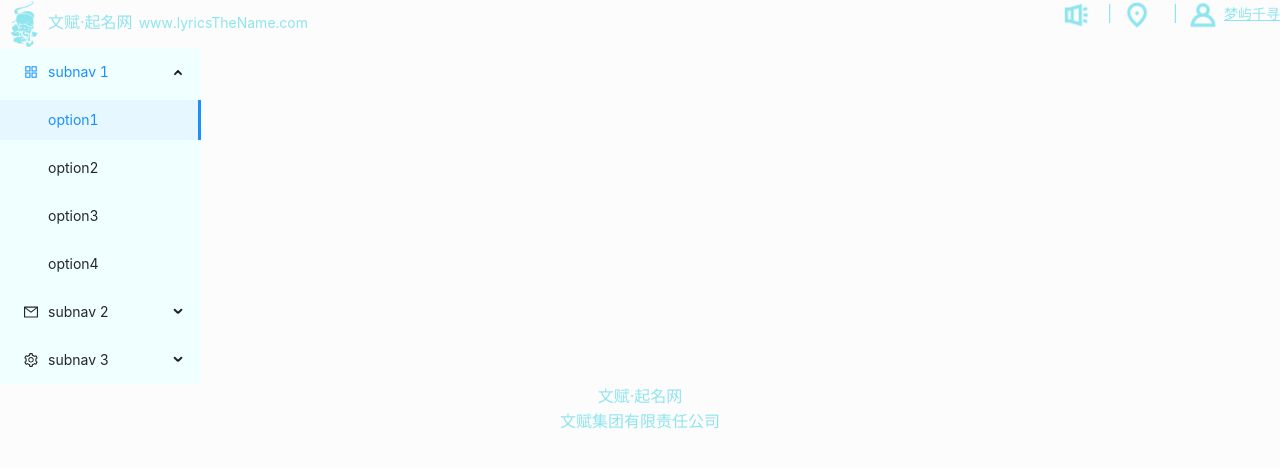
Repository: fangxueliang/react-redux-
Page: /
The author's editor kept a copy of each file at every save. The page is drawn from the files as they stood at one save, then again after the next save.
The browser window is 1280 px wide. The pictures show the whole page.
The project was rebuilt for these pictures with package versions that can differ from the ones it lists, and the page was loaded fresh each time.

Above is the page before, as saved 2020-12-30 12:40:34.

### public/index.html
<!DOCTYPE html>
<html lang="en">
  <head>
    <meta charset="utf-8" />
    <meta name="theme-color" content="#000000" />
    <meta name="description" content="Web site created using create-react-app" />
    <title>React App</title>
  </head>
  <body>
    <div id="root"></div>
  </body>
</html>

### src/index.js
// 主入口文件
//主入口
import React from 'react';//引入react
import ReactDOM from 'react-dom';
import { Main } from './Pages';//引入Main文件

import 'antd/dist/antd.css'//antd样式
import './Common/CSS/layout.css'//布局样式
import './Common/CSS/common.css'//引入公共样式

ReactDOM.render(
  <div className="main">
    <Main />
  </div>,
  document.getElementById('root')
);

### src/Pages/index.js
import React from 'react';
import { Layout } from 'antd'
import { MenuSider } from "./Menu/menu";
import { HeaderCommon } from "./Header/header";
import { FooterCommon } from "./Footer/footer";

const { Header, Footer, Content, Sider } = Layout
export const Main = () => {
    return (

        <div className="Home_layout">
            {/* 头部header */}
            <div >
                <div> <HeaderCommon /> </div>
            </div>
            <div >

                {/* 左侧导航Sider */}
                <Sider>
                    <MenuSider />
                </Sider>
                {/* 主要内容Content */}
                <div></div>

            </div>
            {/* 底部footer */}
            <div >

                <div>
                    <FooterCommon />
                </div>

            </div>
        </div>


    );
}

### src/Common/CSS/layout.css
/* 布局样式  */
.Home_layout {
    position: relative;
    min-height: 100%;
}

.Home_layout .ant-layout-header {
    background: #D1EEEE;
}

.Home_layout .ant-layout-footer {
    position: absolute;
    bottom: 0;
    width: 100%;
    background: #D1EEEE;
}

.Home_layout .ant-layout-sider .ant-menu {
    background: #F0FFFF;
}

### src/Common/CSS/common.css
/* 公共样式 */
body {
    width: 100%;
    height: 100%;
    background: #FCFCFC;
    margin: 0;
}

.main {
    font-size: 16px;
}

### src/Pages/Menu/menu.js
// 左侧菜单
import React from 'react';
import { Menu } from 'antd';
import { AppstoreOutlined, MailOutlined, SettingOutlined } from '@ant-design/icons';

const { SubMenu } = Menu;

export const MenuSider = () => {
    return (
        <Menu
            mode="inline"
            defaultSelectedKeys={['1']}
            defaultOpenKeys={['sub1']}
            style={{ height: '100%', borderRight: 0 }}
        >
            <SubMenu key="sub1" icon={<AppstoreOutlined />} title="subnav 1">
                <Menu.Item key="1">option1</Menu.Item>
                <Menu.Item key="2">option2</Menu.Item>
                <Menu.Item key="3">option3</Menu.Item>
                <Menu.Item key="4">option4</Menu.Item>
            </SubMenu>
            <SubMenu key="sub2" icon={<MailOutlined />} title="subnav 2">
                <Menu.Item key="5">option5</Menu.Item>
                <Menu.Item key="6">option6</Menu.Item>
                <Menu.Item key="7">option7</Menu.Item>
                <Menu.Item key="8">option8</Menu.Item>
            </SubMenu>
            <SubMenu key="sub3" icon={<SettingOutlined />} title="subnav 3">
                <Menu.Item key="9">option9</Menu.Item>
                <Menu.Item key="10">option10</Menu.Item>
                <Menu.Item key="11">option11</Menu.Item>
                <Menu.Item key="12">option12</Menu.Item>
            </SubMenu>
        </Menu>
    )
}

### src/Pages/Header/header.js
// 头部
import React from 'react';
import logo from "../../Asset/img/logo.png";
import myImg from "../../Asset/img/我的.png";
import remindImg from "../../Asset/img/提醒.png";
import positioningImg from "../../Asset/img/定位.png";
import './header.css'

export const HeaderCommon = () => {
    return (
        <div className="header">
            <div className="header_item">
                <img src={logo} className="logo" alt="蓝龙" />
                <span className="logo_title">文赋·起名网</span>
                <a className="logo_URL" href="/">www.lyricsTheName.com</a>
            </div>
            <div className="header_item"></div>
            <div className="header_item header_item_right">
                <span>
                    <img src={remindImg} alt="我的" />
                </span>
                <span className="header_separated">|</span>
                <span>
                    <img src={positioningImg} alt="我的" />
                </span>
                <span className="header_separated"> |</span>
                <span>
                    <img src={myImg} alt="我的" />
                    <span className="header_myName">梦屿千寻</span>
                </span>
            </div>
        </div>
    )
}

### src/Pages/Footer/footer.js
// 头部
import React from 'react';
import './footer.css'

export const FooterCommon = () => {
    return (
        <div className="footer">
            <div>文赋·起名网</div>
            <div>文赋集团有限责任公司</div>
        </div>
    )
}

### src/Pages/Header/header.css
.header {
    display: flex;
    width: 100%;
    height: 100%;
    justify-content: space-between;
}

.header .header_item {
    display: inline-block;
}

.header .header_item .logo {
    width: 48px;
    height: 48px;
}

.header .header_item_right {
    color: #8ee5ee
}

.header .header_item_right img {
    width: 30px;
    height: 30px;
    margin-right: 6px;
}

.header .header_item_right .header_separated {
    margin: 0 10px
}

.header .logo_title {
    color: #8ee5ee
}

.header .logo_URL {
    margin-left: 6px;
    color: #8ee5ee;
    font-size: 14px;
}

.header .header_myName {
    font-size: 14px;
    text-decoration: underline;
}

### src/Pages/Footer/footer.css
.footer {
    text-align: center;
}

.footer div {
    color: #8ee5ee
}

After the next save:
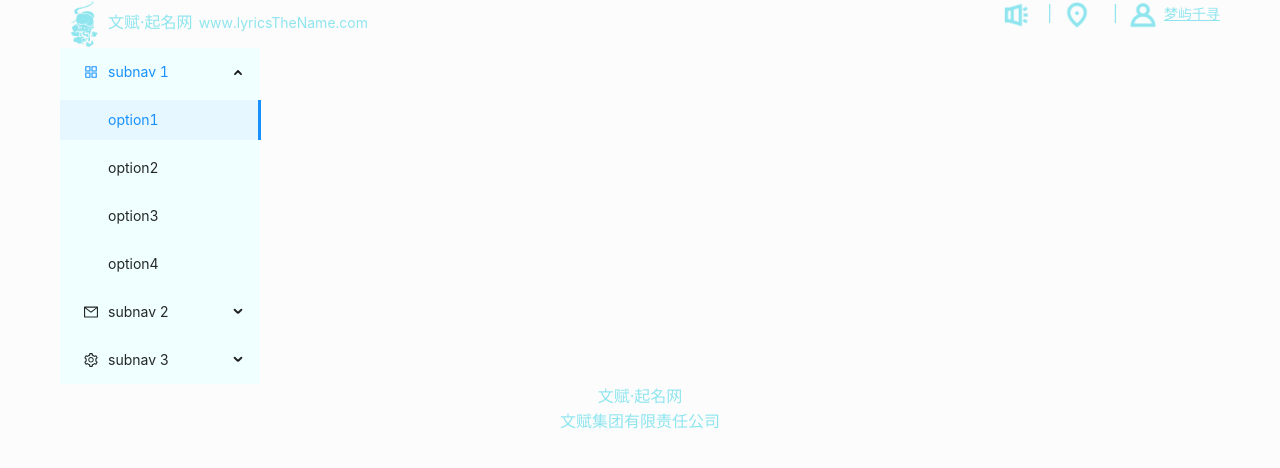
Saved 37 s later.
--- a/src/Common/CSS/common.css
+++ b/src/Common/CSS/common.css
@@ -2,6 +2,7 @@
 body {
     width: 100%;
     height: 100%;
+    padding: 0 60px;
     background: #FCFCFC;
     margin: 0;
 }

After the 2 saves that followed:
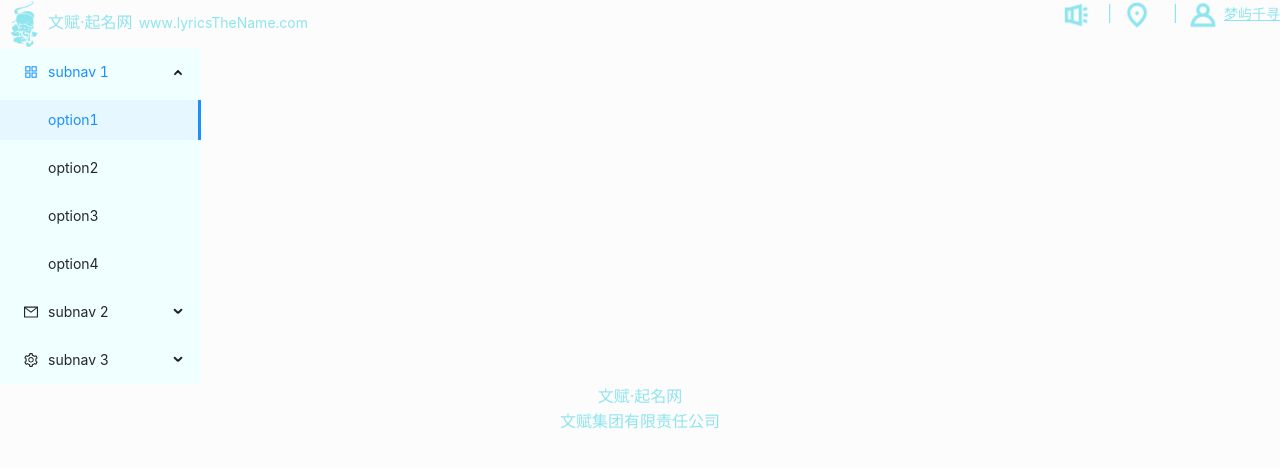
The 2 saves are shown as one change because they came seconds apart.
The last was saved 34 s later.
--- a/src/Common/CSS/common.css
+++ b/src/Common/CSS/common.css
@@ -2,7 +2,6 @@
 body {
     width: 100%;
     height: 100%;
-    padding: 0 60px;
     background: #FCFCFC;
     margin: 0;
 }
